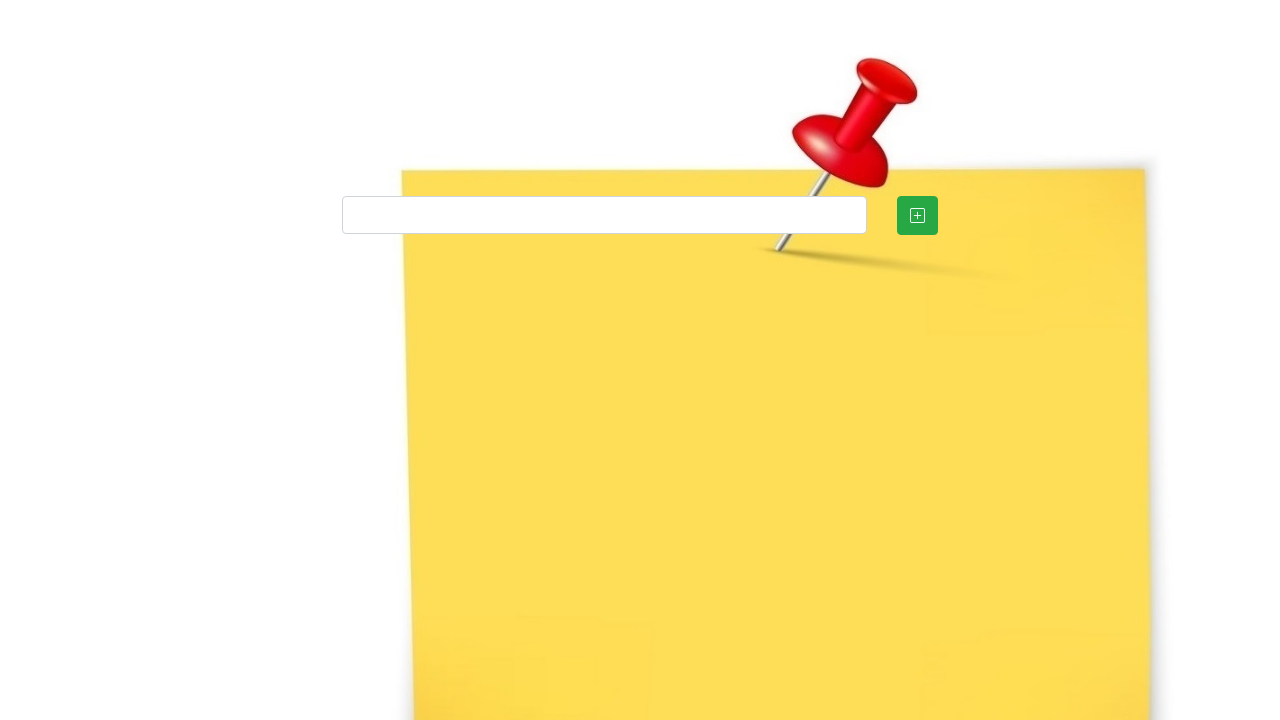
Repository: walaaElbasha/Todo-list-laravel
Page: http://localhost/tasks
These files come from the project's save history. The page is drawn as it stood at one moment and after the next save; the edit follows.
The browser window is 1280 px wide. The pictures show the whole page.
The page is served by the project's Laravel application, run on PHP 8.4 with Laravel 8. Other server files are loaded and not shown. Style sheets and scripts are compiled from the project's sources, by tool versions that may differ from the author's. Queries for data that is not in the repository find no rows.

Above is the page before, as saved 2021-07-01 18:18:47.

### routes/web.php
<?php

use Illuminate\Support\Facades\Route;
use App\Http\Controllers\TaskController;
/*
|--------------------------------------------------------------------------
| Web Routes
|--------------------------------------------------------------------------
|
| Here is where you can register web routes for your application. These
| routes are loaded by the RouteServiceProvider within a group which
| contains the "web" middleware group. Now create something great!
|
*/

Route::get('/', function () {
    return view('welcome');
});

Route::get('/tasks', [TaskController::class, 'index'])->name('tasks.index');
Route::post('/tasks', [TaskController::class, 'store'])->name('tasks.store');
Route::get('/tasks/{task}/edit', [TaskController::class, 'edit'])->name('tasks.edit');
Route::put('/tasks/{task}', [TaskController::class, 'update'])->name('tasks.update');
Route::delete('/tasks/{task}', [TaskController::class, 'destroy'])->name('tasks.destroy');

Route::get('/register',[RegistrationController::class, 'destroy'])->name('registration.create');
Route::get('/register', [RegistrationController::class, 'destroy'])->name('registration.store');
// Route::get('/login', [SessionsControlle::class, 'destroy'])->name('registration.create');
// Route::get('/login', [SessionsControlle::class, 'destroy'])->name('registration.store');
// Route::get('/logout',[SessionsControlle::class, 'destroy'])->name('registration.destroy');



// 'RegistrationController@create');
// Route::post('register', 'RegistrationController@store');

// Route::get('/login', 'SessionsController@create');
// Route::post('/login', 'SessionsController@store');
// Route::get('/logout', 'SessionsController@destroy');

### app/Http/Controllers/TaskController.php
<?php

namespace App\Http\Controllers;
use Illuminate\Http\Request;
use App\Http\Requests\TaskRequest;
use App\Models\Task;
use Illuminate\Support\Facades\Auth;


class TaskController extends Controller

{
    public function index()
    {
        $allTasks = Task::paginate(4);
        //find by user id
        return view('tasks.index', [
            'allTasks' => $allTasks
        ]);
    }

    public function edit($taskId)
    {
        $task = Task::find($taskId);
        return view('tasks.edit', [
            'task' => $task,
        ]);
    }
    public function update($taskId, TaskRequest $request)
    {
        // $requestData = $request->all();
        // $task = Task::find($taskId);
        // $task->update($requestData);
        // $task->save();
        $requestData = $request->all();
        $task = Task::find($taskId);
        $task->update($requestData);
        $task->save();
        return redirect()->route('tasks.index')->with('success', "TODO updated successfully!");
    }

    public function destroy($taskId)
    {

        $task = Task::findorfail($taskId);

        $task->delete();
        return redirect()->route('tasks.index');
    }



    public function store(TaskRequest $request)
    {

        // $requestData = $request->all();
        // Task::create($requestData);

       // $userId =Auth::id();
        $task = new Task;
        $task->name = $request->name;
       // $task->user_id= $userId;

        $task->
        $task->save();

        return redirect()->route('tasks.index');
    }

}

### app/Models/Task.php
<?php

namespace App\Models;

use Illuminate\Database\Eloquent\Factories\HasFactory;
use Illuminate\Database\Eloquent\Model;

class Task extends Model
{
    use HasFactory;
    protected $fillable = ['name'];
}

### resources/views/tasks/index.blade.php
@extends('layouts.app')

@section('content')

<!-- Bootstrap Boilerplate... -->

<div style="height:10px">
@if($errors->any())
<div class="alert alert-danger w-25">
    <ul>
        @foreach ($errors->all() as $error)
        <li>{{ $error }}</li>
        @endforeach
    </ul>
</div>
@endif
</div>

<body style="background-image: url('sticky.jpg')  ; background-repeat: no-repeat;
  background-size: 1400px 950px;">

    <div class="container">

        <!-- Display Validation Errors -->

        <div style="margin-top:154px; margin-left:210px">
            <table>
                <ul>
                    @foreach($allTasks as $task)


                    <tr>
                        <td style="width:590px">
                            <div style="display:flex">
                                <!-- <div style="justify-content:flex-start"> -->
                                <li>
                                    {{ $task->name}}

                                </li>
                        </td>
                        <td>
                            <!-- </div> -->
                            <div style="justify-content:flex-end">

                                <a href="{{ route('tasks.edit',['task' => $task['id']]) }}" class="btn btn-secondary mt-4"><i class="bi bi-pencil-square"></i>


                                </a>

                                <form style="display:inline" method="POST" action="{{route('tasks.destroy',['task' => $task['id']])}}">
                                    @csrf
                                    @method('DELETE')
                                    <button onclick="return confirm('Are you sure?')" class="btn btn-danger mt-4" type="submit"><i class="bi bi-trash-fill"></i></button>
                                </form>
                            </div>
        </div>
        <br>
        </td>

        </tr>


        @endforeach
        </ul>
        </table>
        <!-- New Task Form -->
    </div>
    <form action="{{ route('tasks.store') }}" method="POST" class="form-horizontal">
        @csrf

        <!-- Task Name -->
        <div class="form-group">
            <div class="text-center" style="display:flex; justify-content:center; align-items:center">
                {{$allTasks->links("pagination::bootstrap-4")}}

            </div>

            <div style="display:flex; justify-content:center; align-items:center">
                <div class="col-sm-6">
                    <input type="text" name="name" id="name" class="form-control">
                </div>

                <div class="form-group">
                    <div class="col-sm-offset-3 col-sm-6">
                        <button type="submit" class="btn btn-success mt-3">
                            <span style="font-size:15px"><i class="bi bi-plus-square"></i> </span>
                        </button>
                    </div>
                </div>
            </div>
        </div>
    </form>
    </div>
</body>


<!-- TODO: Current Tasks -->
@endsection

### resources/views/layouts/app.blade.php
<!DOCTYPE html>
<html lang="en">

<head>
    <meta charset="utf-8">
    <meta name="viewport" content="width=device-width, initial-scale=1">

    <!-- CSRF Token -->
    <meta name="csrf-token" content="{{ csrf_token() }}">

    <title>{{ config('app.name', 'All Tasks') }}</title>

    <!-- Scripts -->
    <script src="{{ asset('js/app.js') }}" defer></script>

    <!-- Fonts -->
    <link rel="dns-prefetch" href="//fonts.gstatic.com">
    <link href="https://fonts.googleapis.com/css?family=Nunito" rel="stylesheet">

    <!-- Styles -->
    <link href="{{ asset('css/app.css') }}" rel="stylesheet">
    <link rel="stylesheet" href="https://cdn.jsdelivr.net/npm/bootstrap@4.6.0/dist/css/bootstrap.min.css" integrity="sha384-B0vP5xmATw1+K9KRQjQERJvTumQW0nPEzvF6L/Z6nronJ3oUOFUFpCjEUQouq2+l" crossorigin="anonymous">
    <link rel="stylesheet" href="path/to/font-awesome/css/font-awesome.min.css">
    <link rel="stylesheet" href="https://cdn.jsdelivr.net/npm/bootstrap-icons@1.5.0/font/bootstrap-icons.css">
</head>


<body style="background-image: url('sticky.jpg')  ; background-repeat: no-repeat;
  background-size: 1400px 950px;">
    <div class="container">
        <nav class="navbar navbar-default">
            <!-- Navbar Contents -->
        </nav>
    </div>

    @yield('content')

</body>

</html>

Loaded but not shown: app/Http/Controllers/Controller.php (common file); resources/sass/app.scss (common file); resources/sass/_variables.scss (common file)

After the next save:
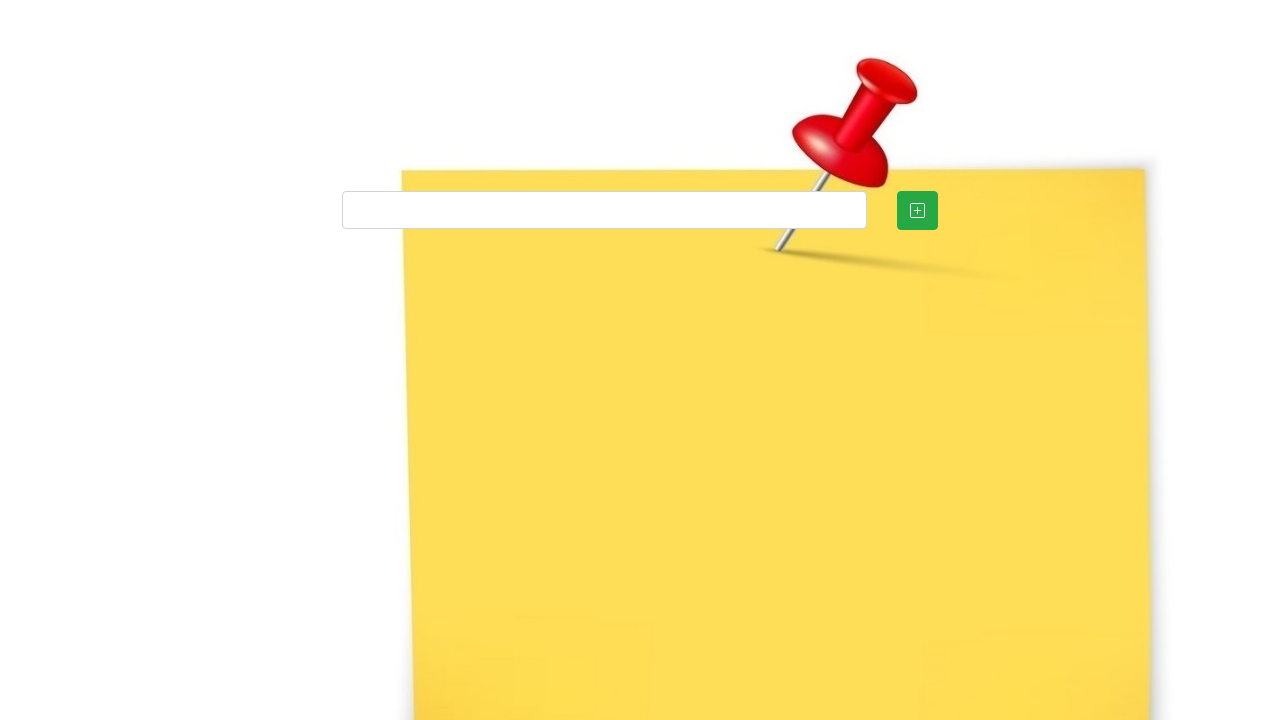
Saved 18 s later.
--- a/resources/views/tasks/index.blade.php
+++ b/resources/views/tasks/index.blade.php
@@ -4,7 +4,7 @@
 
 <!-- Bootstrap Boilerplate... -->
 
-<div style="height:10px">
+<div style="height:5px">
 @if($errors->any())
 <div class="alert alert-danger w-25">
     <ul>
